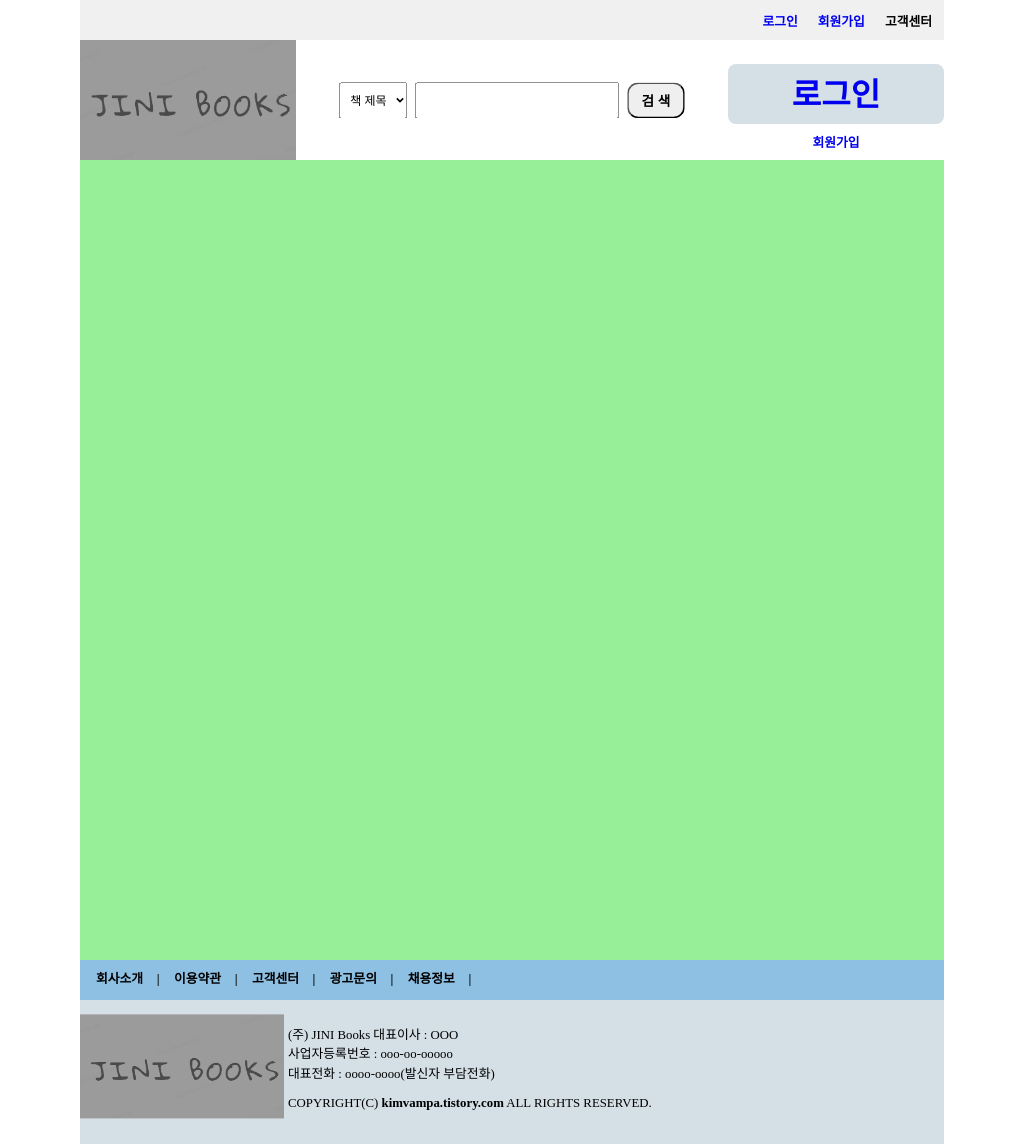
Repository: leechanjin7/ShoppingMall
Page: http://localhost/ShoppingMall/WEB-INF/views/search.jsp
The author's editor kept a copy of each file at every save. The page is drawn from the files as they stood at one save, then again after the next save.
The browser window is 1280 px wide. The pictures show the whole page, at 80% of full size.
The page is served by Tomcat 9. Nobody is signed in. Other server files are loaded and not shown. The template is opened directly, without the code that normally fills it, so the values that code supplies are empty.

Above is the page before, as saved 2023-09-12 00:42:08.

### workspace/ShoppingMall/src/main/webapp/WEB-INF/views/search.jsp
<%@ page language="java" contentType="text/html; charset=UTF-8"
	pageEncoding="UTF-8"%>
<%@ taglib uri="http://java.sun.com/jsp/jstl/core" prefix="c"%>
<%@ taglib prefix="fmt" uri="http://java.sun.com/jsp/jstl/fmt"%>
<!DOCTYPE html>
<html>
<head>
<meta charset="UTF-8">
<title>Welcome BookMall</title>
<link rel="stylesheet" href="resources/css/search.css">
<script src="https://code.jquery.com/jquery-3.4.1.js"
	integrity="sha256-WpOohJOqMqqyKL9FccASB9O0KwACQJpFTUBLTYOVvVU="
	crossorigin="anonymous"></script>
</head>
<body>

	<div class="wrapper">
		<div class="wrap">
			<div class="top_gnb_area">
				<ul class="list">
					<c:if test="${member == null }">
						<!-- 로그인 x -->
						<li><a href="/member/login">로그인</a></li>
						<li><a href="/member/join">회원가입</a></li>
					</c:if>
					<c:if test="${member != null }">
						<!-- 로그인 o -->
						<c:if test="${member.adminCk == 1 }">
							<!-- 관리자 계정 -->
							<li><a href="/admin/main">관리자 페이지</a></li>
						</c:if>
						<li><a id="gnb_logout_button">로그아웃</a></li>
						<li>마이룸</li>
						<li>장바구니</li>
					</c:if>
					<li>고객센터</li>
				</ul>

			</div>
			<div class="top_area">
				<!-- 로고영역 -->
				<div class="logo_area">
					<a href="/main"><img src="resources/img/mLogo.png"></a>
				</div>
				<div class="search_area">
					<div class="search_wrap">
						<form id="searchForm" action="/search" method="get">
							<div class="search_input">
								<select name="type">
									<option value="T">책 제목</option>
									<option value="A">작가</option>
								</select>
								<input type="text" name="keyword">
								<button class='btn search_btn'>검 색</button>
							</div>
						</form>
					</div>
				</div>
				<div class="login_area">

					<!-- 로그인 하지 않은 상태 -->
					<c:if test="${member == null }">
						<div class="login_button">
							<a href="/member/login">로그인</a>
						</div>
						<span><a href="/member/join">회원가입</a></span>
					</c:if>

					<!-- 로그인한 상태 -->
					<c:if test="${member != null }">
						<div class="login_success_area">
							<span>회원 : ${member.memberName }</span> <span>충전금액 : <fmt:formatNumber
									value="${member.money }" pattern="\#,###.##" /></span> <span>포인트
								: <fmt:formatNumber value="${member.point }" pattern="#,###" />
							</span> <a href="/member/logout.do">로그아웃</a>
						</div>

					</c:if>
				</div>
				<div class="clearfix"></div>
			</div>
			<div class="content_area">

				<!-- 게시물 o -->
				<c:if test="${listcheck != 'empty' }">
				</c:if>
				<!-- 게시물 x -->
				<c:if test="${listcheck == 'empty' }">
					<div class = "table_empty">
						검색결과가 없습니다.
					</div>
				</c:if>
			</div>

			<!-- Footer 영역 -->
			<div class="footer_nav">
				<div class="footer_nav_container">
					<ul>
						<li>회사소개</li>
						<span class="line">|</span>
						<li>이용약관</li>
						<span class="line">|</span>
						<li>고객센터</li>
						<span class="line">|</span>
						<li>광고문의</li>
						<span class="line">|</span>
						<li>채용정보</li>
						<span class="line">|</span>
					</ul>
				</div>
			</div>
			<!-- class="footer_nav" -->

			<div class="footer">
				<div class="footer_container">

					<div class="footer_left">
						<img src="resources/img/Logo.png">
					</div>
					<div class="footer_right">
						(주) JINI Books 대표이사 : OOO <br> 사업자등록번호 : ooo-oo-ooooo <br>
						대표전화 : oooo-oooo(발신자 부담전화) <br> <br> COPYRIGHT(C) <strong>kimvampa.tistory.com</strong>
						ALL RIGHTS RESERVED.
					</div>
					<div class="clearfix"></div>
				</div>
			</div>
			<!-- class="footer" -->



		</div>
	</div>

	<script>
		/* gnb_area 로그아웃 버튼 작동 */
		$("#gnb_logout_button").click(function() {
			//alert("버튼 작동");
			$.ajax({
				type : "POST",
				url : "/member/logout.do",
				success : function(data) {
					alert("로그아웃 성공");
					document.location.reload();
				}

			}); //ajax 종료

		});
	</script>



</body>
</html>

### workspace/ShoppingMall/src/main/webapp/resources/css/search.css
@charset "UTF-8";
*{
	margin: 0;
	padding:0;
}
a{
    text-decoration: none;
}
/* 화면 전체 렙 */
.wrapper{
	width: 100%;
}
/* content 랩 */
.wrap{
	width : 1080px;
	margin: auto;
}
/* 홈페이지 기능 네비 */
.top_gnb_area{
	width: 100%;
    height: 50px;
    background-color: #f0f0f1;
    position:relative;
}
.top_gnb_area .list{
    position: absolute;
    top: 0px;
    right: 0;

}

.top_gnb_area .list li{
    list-style: none;
    float : left;
    padding: 13px 15px 0 10px;
    font-weight: 900;
    cursor: pointer;
}
/* 로고, 검색, 로그인 */
.top_area{
	width: 100%;
    height: 150px;
    /* background-color: #f7f0b9; */
}
/* 로고 영역 */
.logo_area{
	width: 25%;
	height: 100%;
	float:left;
}
.logo_area img{
	width : 100%;
	height : 100%;
}
/* 검색 박스 영역 */
.search_area{
	width: 50%;
	height: 100%;
	float:left;
}
/* 로그인 버튼 영역 */
.login_area{
	width: 25%;
	height: 100%;
	display: inline-block;
	text-align: center;
}
.login_button{
	height: 50%;
    background-color: #D4DFE6;
    margin-top: 30px;
    line-height: 77px;
    font-size: 40px;
    font-weight: 900;
    border-radius: 10px;
    cursor: pointer;
}
.login_area>span{
	margin-top: 10px;
    font-weight: 900;
    display: inline-block;
}
.login_button{
	height : 50%;
	background-color: #D4DFE6;
	margin-top:30px;
}

/* 제품 목록 네비 */
.navi_bar_area{
	width: 100%;
    height: 70px;
    background-color: #7696fd;
}

/* 홈페이지 메인 제품 목록  */
.content_area{
	width: 100%;
    background-color: #97ef97;
    height: 1000px;
}

/* 로그인 성공 영역 */
.login_success_area{
    height: 62%;
    width: 80%;
    border: 2px solid #7474ad;
    border-radius: 15px;
    margin: 5% auto;
    padding-top: 5%;
}
.login_success_area>span{
    display : block;
    text-align: left;
    margin-left: 10%;
}
.login_success_area>a{
    font-size: 15px;
    font-weight: 900;
    display: inline-block;
    margin-top: 5px;
    background: #e1e5e8;
    width: 82px;
    height: 22px;
    line-height: 22px;
    border-radius: 25px;
    color: #606267;
}

.search_wrap{
	width: 100%;
    height: 100%;
}
#searchForm{
	width: 100%;
    height: 100%;
    display: flex;
    justify-content: center;
    align-items: center;
}
.search_input{
    display: flex;
    height: 30%;
    width: 80%;
}
.search_input select{
	width: 20%;
    text-align: center;
    font-size: 15px;
}
.search_input input{
    margin-left: 10px;
    width: 57%;
    font-size: 18px;
    padding-left: 2%;
}
.search_btn{
	margin-left: 10px;
    width: 17%;
    border-radius: 14px;
    font-size: 17px;
    font-weight: 600;
}
/* 검색결과 없음 */
.table_empty{
	height: 50px;
    text-align: center;
    margin: 200px 0 215px 0px;
    font-size: 25px;
}

/* footer navai 영역 */
.footer_nav{
    width:100%;
    height:50px;
}
.footer_nav_container{
    width: 100%;
    height: 100%;
    background-color:#8EC0E4;
}
.footer_nav_container>ul{
    font-weight : bold;
    float:left;
    list-style:none;
    position:relative;
    padding-top:10px;
    line-height: 27px;
    font-family: dotum;
    margin-left: 10px;
}
.footer_nav_container>ul>li{
    display:inline;
    width: 45px;
    height: 19px;
    padding: 10px 9px 0 10px;
}
.footer_nav_container>ul>span{
    margin: 0 4px;
}
/* footer 영역 */
.footer{
    width:100%;
    height:130px;
    background-color:#D4DFE6;
    padding-bottom : 50px;
}
.footer_container{
    width: 100%;
    height: 100%;
    margin: auto;
}
.footer_left>img {
    width: 150%;
    height: 130px;
    margin-left: -20px;
    margin-top: -12px;
}
.footer_left{
    float :left;
    width: 170px;
    margin-left: 20px;
    margin-top : 30px;

}
.footer_right{
    float :left;
    width: 680px;
    margin-left: 70px;
    margin-top : 30px;
}

/* float 속성 해제 */
.clearfix{
	clear: both;
}

After the next save:
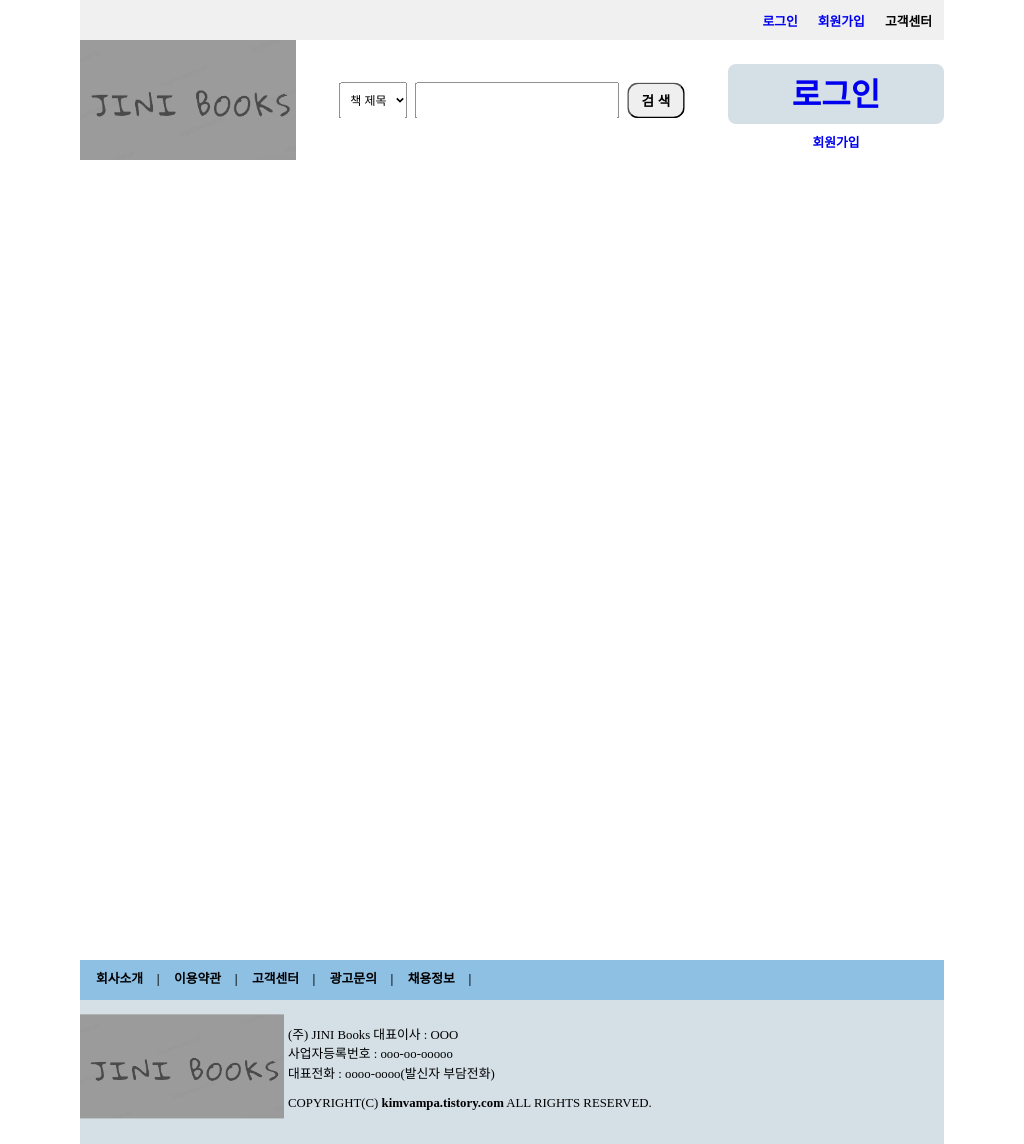
Saved 100 s later.
--- a/workspace/ShoppingMall/src/main/webapp/resources/css/search.css
+++ b/workspace/ShoppingMall/src/main/webapp/resources/css/search.css
@@ -96,7 +96,7 @@ a{
 /* 홈페이지 메인 제품 목록  */
 .content_area{
 	width: 100%;
-    background-color: #97ef97;
+/*     background-color: #97ef97; */
     height: 1000px;
 }
 
